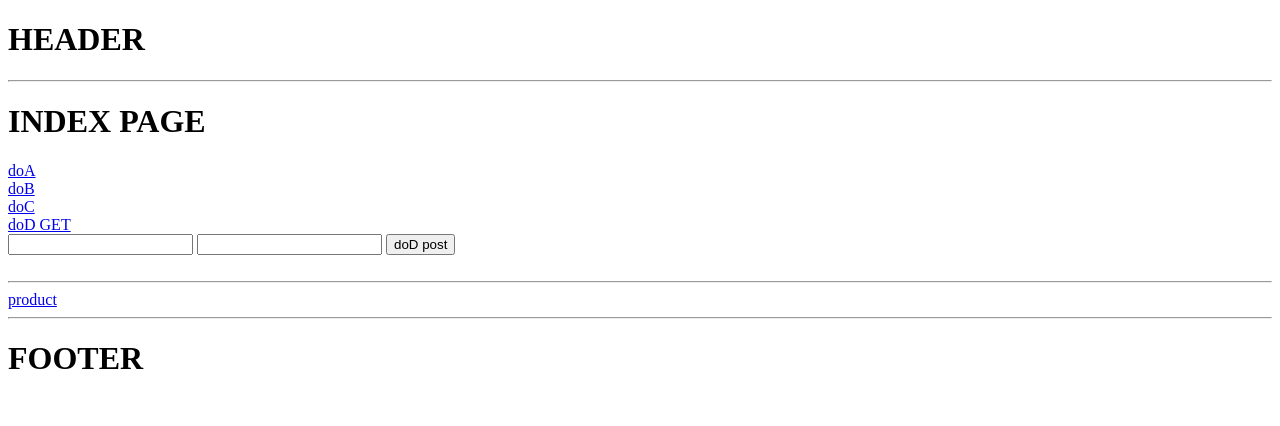
Repository: gitgw016/spring
Page: http://localhost/mvc_part02_controller/
An editor plug-in stored every save of this project. The page is shown before and after the next save, followed by the edit.
The browser window is 1280 px wide. The pictures show the whole page.
The page is served by Tomcat 9.

Above is the page before, as saved 2022-01-11 06:50:09.

After the next save:
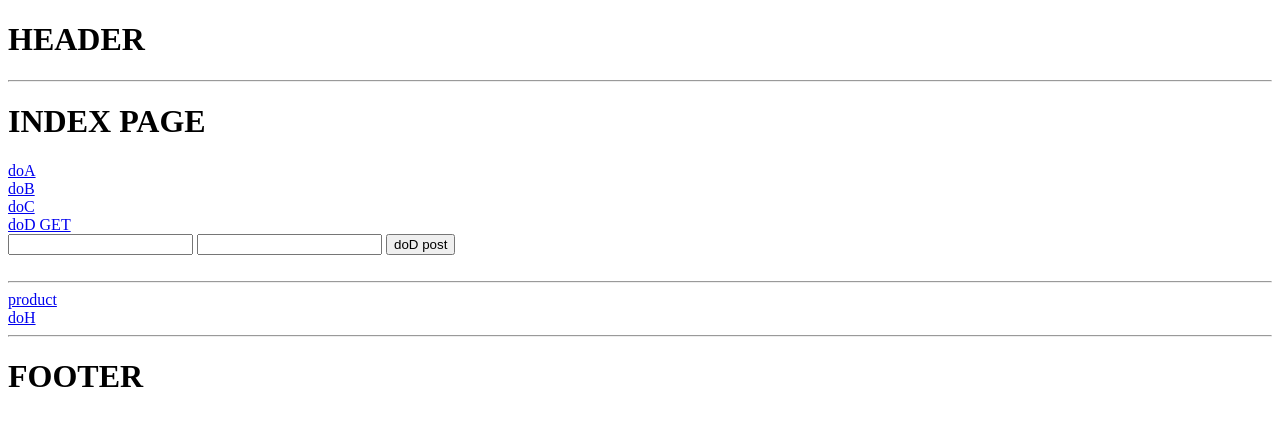
Saved 81 s later.
--- a/mvc_part02_controller/src/main/webapp/index.jsp
+++ b/mvc_part02_controller/src/main/webapp/index.jsp
@@ -13,7 +13,8 @@
 	</form>
 	<br/>
 	<hr/>
-	<a href="product">product</a>
+	<a href="product">product</a> <br/>
+	<a href="doH">doH</a> <br/>
 <jsp:include page="WEB-INF/views/common/footer.jsp"/>
 </body>
 </html>
